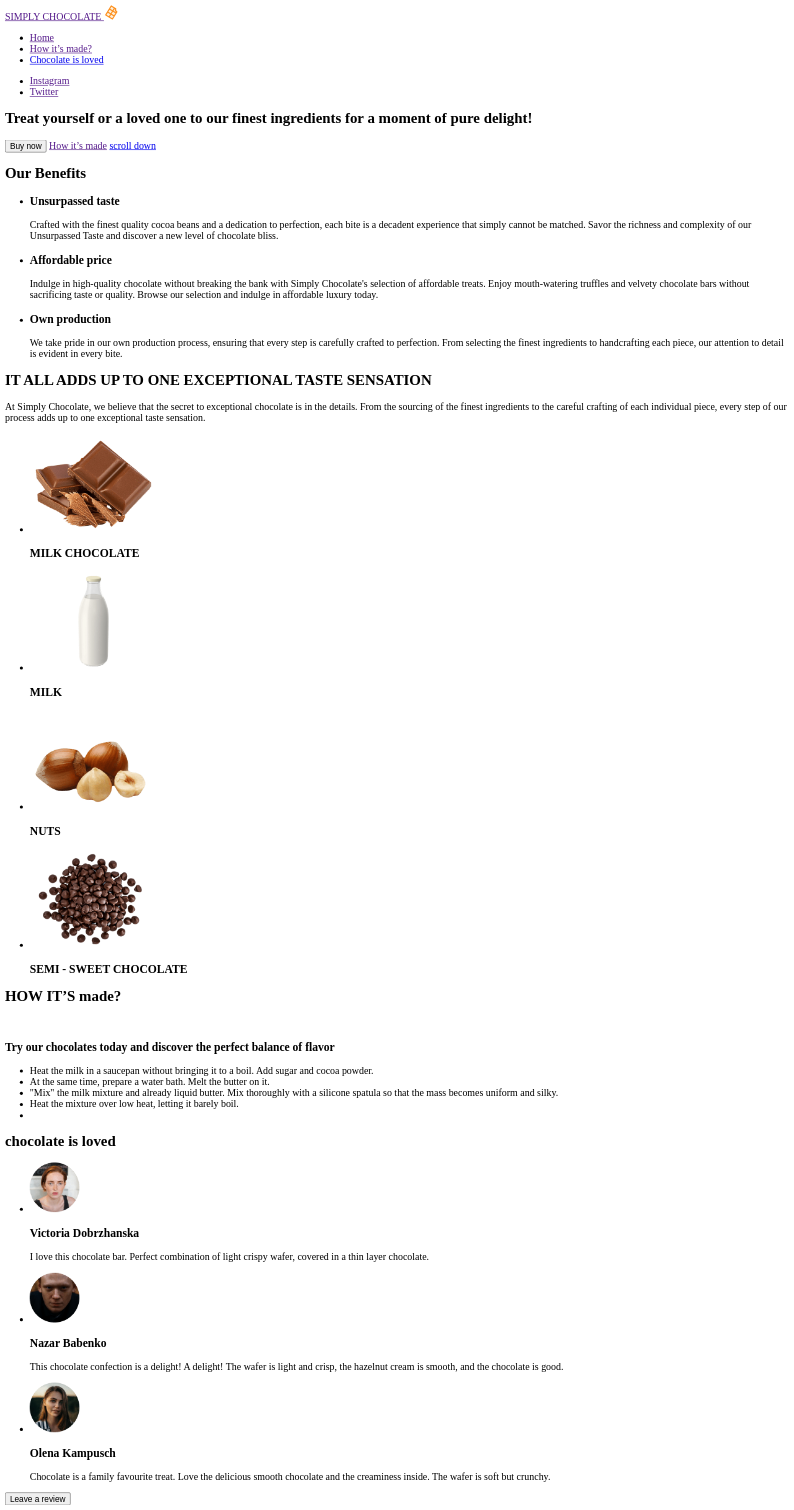
Repository: Sofiia-Khomyk/goit-markup-class-01
Page: index.html
These files come from the project's save history. The page is drawn as it stood at one moment and after the next save; the edit follows.
The browser window is 1280 px wide. The pictures show the whole page, at 62% of full size.

Above is the page before, as saved 2024-11-11 16:14:07.

### index.html
<!DOCTYPE html>
<html lang="en">
  <head>
    <meta charset="UTF-8" />
    <meta name="viewport" content="width=device-width, initial-scale=1.0" />
    <title>Chocolate</title>
  </head>
  <body>
    <!-- Page Header -->
    <header>
      <nav>
        <a href=""
          >SIMPLY CHOCOLATE
          <img src="./images/chocolate-logo.svg" alt="site logo" />
        </a>
        <ul>
          <li>
            <a href="">Home</a>
          </li>
          <li>
            <a href="">How it’s made?</a>
          </li>
          <li>
            <a href="#reviews">Chocolate is loved</a>
          </li>
        </ul>
      </nav>
      <ul>
        <li>
          <a href="" target="_blank" rel="noopener noreferrer">Instagram</a>
        </li>
        <li>
          <a href="" target="_blank" rel="noopener noreferrer">Twitter</a>
        </li>
      </ul>
    </header>

    <main>
      <!-- Hero Section -->
      <section>
        <h1>
          Treat yourself or a loved one to our finest ingredients for a moment
          of pure delight!
        </h1>
        <button type="button">Buy now</button>
        <a href="">How it’s made</a>
        <a href="#benefits">scroll down</a>
      </section>
      <!-- Our Benefits -->
      <section id="benefits">
        <h2>Our Benefits</h2>
        <ul>
          <li>
            <h3>Unsurpassed taste</h3>
            <p>
              Crafted with the finest quality cocoa beans and a dedication to
              perfection, each bite is a decadent experience that simply cannot
              be matched. Savor the richness and complexity of our Unsurpassed
              Taste and discover a new level of chocolate bliss.
            </p>
          </li>
          <li>
            <h3>Affordable price</h3>
            <p>
              Indulge in high-quality chocolate without breaking the bank with
              Simply Chocolate's selection of affordable treats. Enjoy
              mouth-watering truffles and velvety chocolate bars without
              sacrificing taste or quality. Browse our selection and indulge in
              affordable luxury today.
            </p>
          </li>
          <li>
            <h3>Own production</h3>
            <p>
              We take pride in our own production process, ensuring that every
              step is carefully crafted to perfection. From selecting the finest
              ingredients to handcrafting each piece, our attention to detail is
              evident in every bite.
            </p>
          </li>
        </ul>
      </section>
      <!-- Ingredients Section -->
      <section>
        <h2>IT ALL ADDS UP TO ONE EXCEPTIONAL TASTE SENSATION</h2>
        <p>
          At Simply Chocolate, we believe that the secret to exceptional
          chocolate is in the details. From the sourcing of the finest
          ingredients to the careful crafting of each individual piece, every
          step of our process adds up to one exceptional taste sensation.
        </p>
        <ul>
          <li>
            <img
              src="./images/ingredients/milk-chocolate.png"
              alt="Milk chocolate"
              width="206"
              height="160"
            />
            <h3>MILK CHOCOLATE</h3>
          </li>
          <li>
            <img
              src="./images/ingredients/milk.png"
              alt="Milk"
              width="206"
              height="160"
            />
            <h3>MILK</h3>
          </li>
          <li>
            <img
              src="./images/ingredients/nuts.png"
              alt="Nuts"
              width="206"
              height="160"
            />
            <h3>NUTS</h3>
          </li>
          <li>
            <img
              src="./images/ingredients/coffee.png"
              alt="Semi Sweet Chocolate"
              width="206"
              height="160"
            />
            <h3>SEMI - SWEET CHOCOLATE</h3>
          </li>
        </ul>
      </section>
      <!-- How its made -->
      <section>
        <h2>HOW IT’S made?</h2>
        <img src="" alt="" />
        <h3>
          Try our chocolates today and discover the perfect balance of flavor
        </h3>
        <ul>
          <li>
            Heat the milk in a saucepan without bringing it to a boil. Add sugar
            and cocoa powder.
          </li>
          <li>
            At the same time, prepare a water bath. Melt the butter on it.
          </li>
          <li>
            "Mix" the milk mixture and already liquid butter. Mix thoroughly
            with a silicone spatula so that the mass becomes uniform and silky.
          </li>
          <li>Heat the mixture over low heat, letting it barely boil.</li>
          <li></li>
        </ul>
      </section>
      <!-- Reviews Section -->
      <section id="reviews">
        <h2>chocolate is loved</h2>
        <ul>
          <li>
            <img
              src="./images/reviews/vic-dob.png"
              alt="Victoria Dobrorzanska avatar"
              width="80"
              height="80"
            />
            <h3>Victoria Dobrzhanska</h3>
            <p>
              I love this chocolate bar. Perfect combination of light crispy
              wafer, covered in a thin layer chocolate.
            </p>
          </li>
          <li>
            <img
              src="./images/reviews/naz-bab.png"
              alt="Nazar Babenko avatar"
              width="80"
              height="80"
            />
            <h3>Nazar Babenko</h3>
            <p>
              This chocolate confection is a delight! A delight! The wafer is
              light and crisp, the hazelnut cream is smooth, and the chocolate
              is good.
            </p>
          </li>
          <li>
            <img
              src="./images/reviews/olen-kam.png"
              alt="Olena Kampusch avatar"
              width="80"
              height="80"
            />
            <h3>Olena Kampusch</h3>
            <p>
              Chocolate is a family favourite treat. Love the delicious smooth
              chocolate and the creaminess inside. The wafer is soft but
              crunchy.
            </p>
          </li>
        </ul>
        <button type="button">Leave a review</button>
      </section>
    </main>
    <footer></footer>
  </body>
</html>

After the next save:
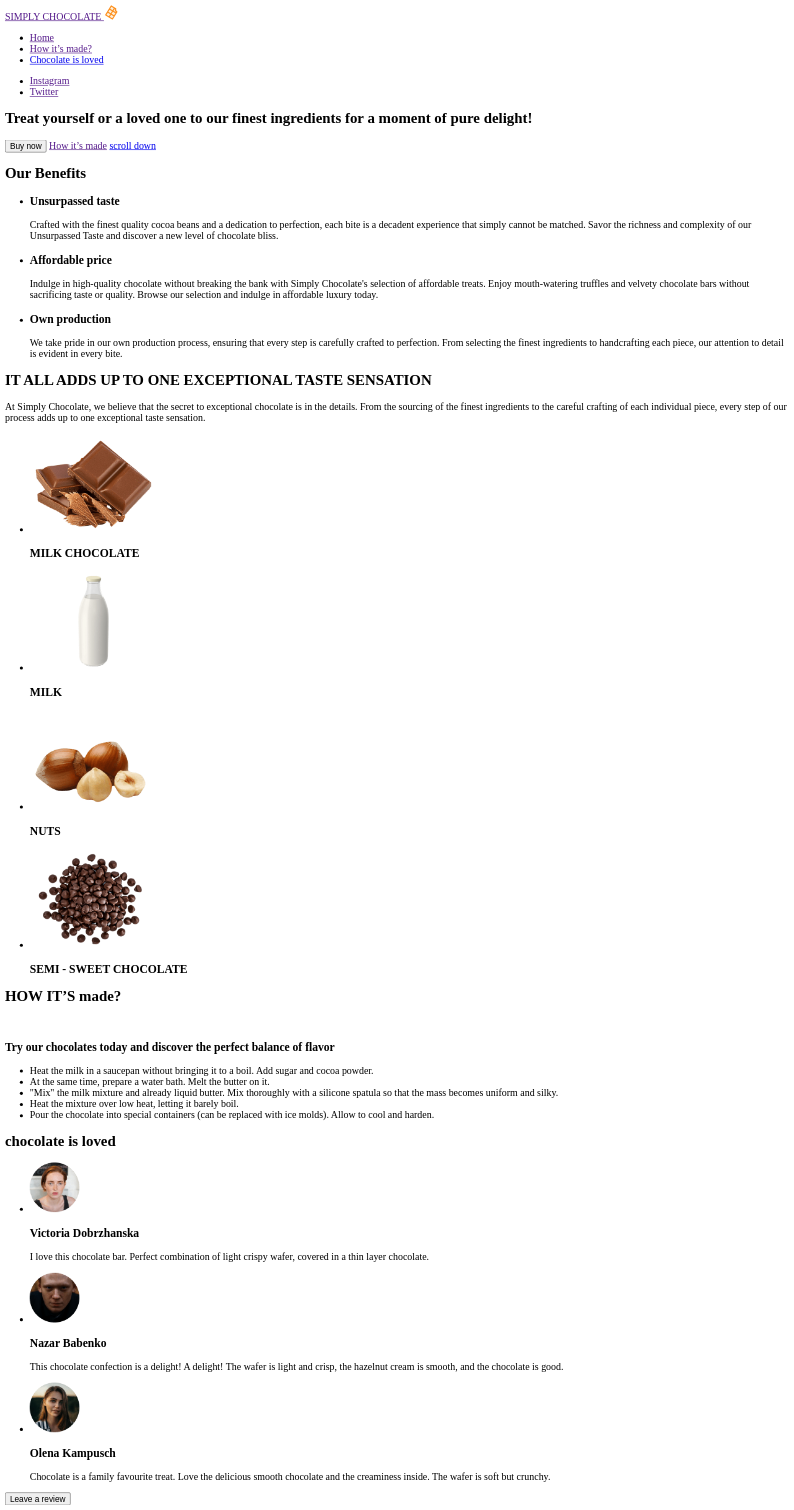
Saved 21 s later.
--- a/index.html
+++ b/index.html
@@ -148,7 +148,10 @@
             with a silicone spatula so that the mass becomes uniform and silky.
           </li>
           <li>Heat the mixture over low heat, letting it barely boil.</li>
-          <li></li>
+          <li>
+            Pour the chocolate into special containers (can be replaced with ice
+            molds). Allow to cool and harden.
+          </li>
         </ul>
       </section>
       <!-- Reviews Section -->
